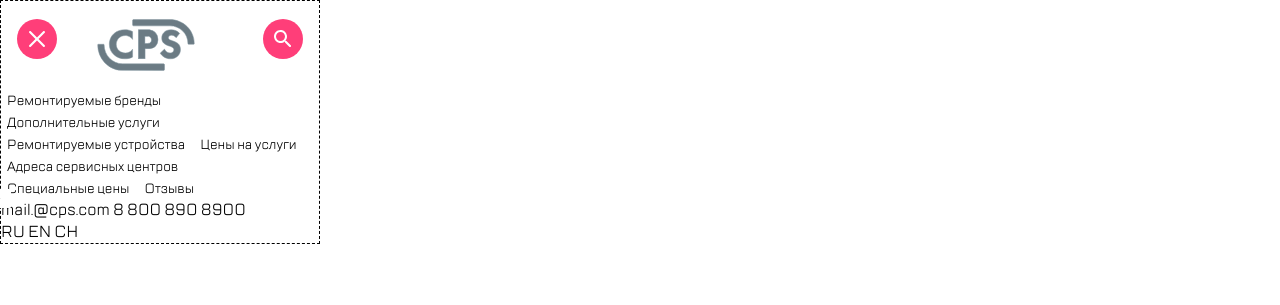
Repository: Dedoxa/Kata-WebCore-
Page: aside.html
The author's editor kept a copy of each file at every save. The page is drawn from the files as they stood at one save, then again after the next save.
The browser window is 1280 px wide. The pictures show the whole page.

Above is the page before, as saved 2024-05-10 18:08:27.

### aside.html
<!DOCTYPE html>
<html lang="en">
  <head>
    <meta charset="UTF-8" />
    <meta name="viewport" content="width=device-width, initial-scale=1.0" />
    <link rel="stylesheet" href="./aside.css" />
    <title>Kata WebCore 1.4</title>
  </head>
  <body>
    <aside class="aside">
      <div class="aside-header">
        <div class="aside-header__left">
            <a href="#" class="icon">
              <svg
                width="18"
                height="18"
                viewBox="0 0 18 18"
                fill="none"
                xmlns="http://www.w3.org/2000/svg"
              >
                <path
                  fill-rule="evenodd"
                  clip-rule="evenodd"
                  d="M2.79348 1.25712C2.40295 0.866593 1.76979 0.866592 1.37927 1.25712L1.25712 1.37927C0.866592 1.76979 0.866593 2.40296 1.25712 2.79348L7.46364 9L1.25712 15.2065C0.866593 15.597 0.866592 16.2302 1.25712 16.6207L1.37927 16.7429C1.76979 17.1334 2.40295 17.1334 2.79348 16.7429L9 10.5364L15.2065 16.7429C15.597 17.1334 16.2302 17.1334 16.6207 16.7429L16.7429 16.6207C17.1334 16.2302 17.1334 15.597 16.7429 15.2065L10.5364 9L16.7429 2.79348C17.1334 2.40296 17.1334 1.76979 16.7429 1.37927L16.6207 1.25712C16.2302 0.866592 15.597 0.866593 15.2065 1.25712L9 7.46364L2.79348 1.25712Z"
                  fill="white"
                />
              </svg>
            </a>
            <a href="#" class="icon">
              <svg
                width="98"
                height="52"
                viewBox="0 0 98 52"
                fill="none"
                xmlns="http://www.w3.org/2000/svg"
              >
                <path
                  fill-rule="evenodd"
                  clip-rule="evenodd"
                  d="M36.5703 0.592529C36.018 0.592529 35.5703 1.04024 35.5703 1.59253V5.86748C35.5703 6.41977 36.018 6.86748 36.5703 6.86748H72.8973C83.0242 6.86748 90.9777 14.6641 90.9777 24.757C90.9777 25.0425 91.2092 25.274 91.4948 25.274H96.757C97.0425 25.274 97.274 25.0425 97.274 24.757C97.274 11.2677 86.432 0.592529 72.8973 0.592529H36.5703Z"
                  fill="#6B7B84"
                  stroke="#80949F"
                  stroke-width="0.5"
                />
                <path
                  fill-rule="evenodd"
                  clip-rule="evenodd"
                  d="M7.10682 25.7122C7.10682 25.4702 6.91059 25.2739 6.66853 25.2739H1.16436C0.922303 25.2739 0.726074 25.4702 0.726074 25.7122C0.726074 39.3616 10.9493 50.6311 24.1687 51.3686L66.5104 51.4064C67.063 51.4069 67.5113 50.959 67.5113 50.4064V45.8267C67.5113 45.2745 67.0635 44.8267 66.5113 44.8267H25.6265C15.3903 44.7984 7.10682 36.283 7.10682 25.7122Z"
                  fill="#6B7B84"
                  stroke="#80949F"
                  stroke-width="0.5"
                />
                <path
                  fill-rule="evenodd"
                  clip-rule="evenodd"
                  d="M28.1415 39.7924C30.8803 39.7924 33.1616 39.2603 35.4149 38.1655L35.5704 38.0199V30.1855L34.7273 31.2649C33.1049 33.0378 30.9259 34.0137 28.4608 34.0137C23.8692 34.0137 19.2575 31.0459 19.2575 25.3738C19.2575 21.0874 22.4381 16.532 28.2993 16.532C29.4688 16.532 32.313 16.8085 34.7232 19.368L35.5704 20.4117V12.6127L35.4218 12.4653C33.1258 11.3147 30.7843 10.7554 28.1137 10.7554C23.5467 10.7554 19.9821 11.9577 17.1438 14.4289C15.3435 15.9777 12.3408 19.4485 12.3408 25.2923C12.3408 29.6131 13.8793 32.9875 17.1669 35.9144C20.2252 38.5962 23.6163 39.7924 28.1415 39.7924Z"
                  fill="#6B7B84"
                />
                <path
                  d="M28.1415 39.7924C30.8803 39.7924 33.1616 39.2603 35.4149 38.1655L35.5704 38.0199V30.1855L34.7273 31.2649C33.1049 33.0378 30.9259 34.0137 28.4608 34.0137C23.8692 34.0137 19.2575 31.0459 19.2575 25.3738C19.2575 21.0874 22.4381 16.532 28.2993 16.532C29.4688 16.532 32.313 16.8085 34.7232 19.368L35.5704 20.4117V12.6127L35.4218 12.4653C33.1258 11.3147 30.7843 10.7554 28.1137 10.7554C23.5467 10.7554 19.9821 11.9577 17.1438 14.4289C15.3435 15.9777 12.3408 19.4485 12.3408 25.2923C12.3408 29.6131 13.8793 32.9875 17.1669 35.9144C20.2252 38.5962 23.6163 39.7924 28.1415 39.7924"
                  stroke="#80949F"
                  stroke-width="0.5"
                />
                <path
                  fill-rule="evenodd"
                  clip-rule="evenodd"
                  d="M47.9111 17.2888H49.2755C50.5269 17.2888 51.9533 17.3571 53.0328 18.093C53.56 18.4695 54.4445 19.3412 54.4445 20.9246C54.4445 22.0946 53.9274 23.1437 53.0734 23.7984C51.9783 24.5932 50.6768 24.5476 49.6309 24.5476H47.9111V17.2888ZM50.977 29.8179C54.2084 29.8179 56.7377 28.8858 58.4943 27.1298C60.655 24.9735 60.9779 22.0073 60.9779 20.4435C60.9779 18.7703 60.5813 15.5066 57.9212 13.1435C55.7407 11.2328 53.4142 10.7554 50.1324 10.7554H41.3779V39.7924H48.0365V29.8179H50.977Z"
                  fill="#6B7B84"
                />
                <path
                  d="M47.9111 17.2888V17.0388H47.6611V17.2888H47.9111ZM53.0328 18.093L53.1782 17.8895L53.1736 17.8864L53.0328 18.093ZM53.0734 23.7984L53.2203 24.0007L53.2254 23.9968L53.0734 23.7984ZM47.9111 24.5476H47.6611V24.7976H47.9111V24.5476ZM58.4943 27.1298L58.3177 26.9529L58.3175 26.953L58.4943 27.1298ZM57.9212 13.1435L58.0872 12.9566L58.086 12.9555L57.9212 13.1435ZM41.3779 10.7554V10.5054H41.1279V10.7554H41.3779ZM41.3779 39.7924H41.1279V40.0424H41.3779V39.7924ZM48.0365 39.7924V40.0424H48.2865V39.7924H48.0365ZM48.0365 29.8179V29.5679H47.7865V29.8179H48.0365ZM47.9111 17.5388H49.2755V17.0388H47.9111V17.5388ZM49.2755 17.5388C50.5326 17.5388 51.8839 17.6123 52.892 18.2995L53.1736 17.8864C52.0227 17.1019 50.5212 17.0388 49.2755 17.0388V17.5388ZM52.8875 18.2964C53.3751 18.6447 54.1945 19.4495 54.1945 20.9246H54.6945C54.6945 19.233 53.7448 18.2943 53.1782 17.8895L52.8875 18.2964ZM54.1945 20.9246C54.1945 22.0205 53.7107 22.9948 52.9213 23.5999L53.2254 23.9968C54.1441 23.2926 54.6945 22.1687 54.6945 20.9246H54.1945ZM52.9265 23.596C51.9091 24.3345 50.6971 24.2976 49.6309 24.2976V24.7976C50.6564 24.7976 52.0475 24.8519 53.2202 24.0007L52.9265 23.596ZM49.6309 24.2976H47.9111V24.7976H49.6309V24.2976ZM48.1611 24.5476V17.2888H47.6611V24.5476H48.1611ZM50.977 30.0679C54.2568 30.0679 56.8563 29.1207 58.671 27.3066L58.3175 26.953C56.6191 28.6509 54.1599 29.5679 50.977 29.5679V30.0679ZM58.6709 27.3068C60.9029 25.0793 61.2279 22.0287 61.2279 20.4435H60.7279C60.7279 21.9859 60.407 24.8678 58.3177 26.9529L58.6709 27.3068ZM61.2279 20.4435C61.2279 18.7422 60.8263 15.3898 58.0872 12.9566L57.7552 13.3304C60.3363 15.6233 60.7279 18.7983 60.7279 20.4435H61.2279ZM58.086 12.9555C55.84 10.9874 53.4417 10.5054 50.1324 10.5054V11.0054C53.3867 11.0054 55.6415 11.4782 57.7564 13.3315L58.086 12.9555ZM50.1324 10.5054H41.3779V11.0054H50.1324V10.5054ZM41.1279 10.7554V39.7924H41.6279V10.7554H41.1279ZM41.3779 40.0424H48.0365V39.5424H41.3779V40.0424ZM48.2865 39.7924V29.8179H47.7865V39.7924H48.2865ZM48.0365 30.0679H50.977V29.5679H48.0365V30.0679Z"
                  fill="#80949F"
                />
                <path
                  fill-rule="evenodd"
                  clip-rule="evenodd"
                  d="M80.953 24.4687C79.5053 23.1861 77.4846 22.4425 75.1911 21.6713C73.5569 21.1027 72.6565 20.7894 72.0562 20.2421C71.5824 19.8399 71.3712 19.4033 71.3712 18.8262C71.3712 17.5622 72.2301 16.2113 74.6414 16.2113C76.2801 16.2113 77.6521 16.912 78.7197 18.293L79.1435 18.8414L82.6597 14.3656L82.3392 14.0445C80.1886 11.8924 77.3548 10.7554 74.1439 10.7554C67.6657 10.7554 64.7658 14.9699 64.7658 19.1468C64.7658 21.3882 65.5651 23.196 67.1367 24.5175C68.5437 25.7234 70.2595 26.3991 71.9054 26.9507L72.0914 27.0123C73.553 27.4954 75.0646 27.9954 75.9674 28.8034C76.5955 29.3805 76.8754 30.0076 76.8754 30.8367C76.8754 32.7368 75.379 34.0137 73.152 34.0137C71.3916 34.0137 69.0735 33.1508 67.8471 30.7296L67.5263 30.0953L63.1558 34.1411L63.4135 34.5056C64.8079 36.4801 67.9545 39.7924 73.3594 39.7924C79.3191 39.7924 83.4817 35.9608 83.4817 30.4751C83.4817 27.3374 82.1051 25.4752 80.953 24.4687Z"
                  fill="#6B7B84"
                />
                <path
                  d="M80.953 24.4687C79.5053 23.1861 77.4846 22.4425 75.1911 21.6713C73.5569 21.1027 72.6565 20.7894 72.0562 20.2421C71.5824 19.8399 71.3712 19.4033 71.3712 18.8262C71.3712 17.5622 72.2301 16.2113 74.6414 16.2113C76.2801 16.2113 77.6521 16.912 78.7197 18.293L79.1435 18.8414L82.6597 14.3656L82.3392 14.0445C80.1886 11.8924 77.3548 10.7554 74.1439 10.7554C67.6657 10.7554 64.7658 14.9699 64.7658 19.1468C64.7658 21.3882 65.5651 23.196 67.1367 24.5175C68.5437 25.7234 70.2595 26.3991 71.9054 26.9507L72.0914 27.0123C73.553 27.4954 75.0646 27.9954 75.9674 28.8034C76.5955 29.3805 76.8754 30.0076 76.8754 30.8367C76.8754 32.7368 75.379 34.0137 73.152 34.0137C71.3916 34.0137 69.0735 33.1508 67.8471 30.7296L67.5263 30.0953L63.1558 34.1411L63.4135 34.5056C64.8079 36.4801 67.9545 39.7924 73.3594 39.7924C79.3191 39.7924 83.4817 35.9608 83.4817 30.4751C83.4817 27.3374 82.1051 25.4752 80.953 24.4687"
                  stroke="#80949F"
                  stroke-width="0.5"
                />
              </svg>
            </a>
        </div>
        <div class="aside-header__right">
            <a href="#" class="icon">
              <svg
                width="18"
                height="18"
                viewBox="0 0 18 18"
                fill="none"
                xmlns="http://www.w3.org/2000/svg"
              >
                <path
                  fill-rule="evenodd"
                  clip-rule="evenodd"
                  d="M12.5006 11.0006H11.7106L11.4306 10.7306C12.6306 9.33063 13.2506 7.42063 12.9106 5.39063C12.4406 2.61063 10.1206 0.390626 7.32063 0.0506256C3.09063 -0.469374 -0.469374 3.09063 0.0506256 7.32063C0.390626 10.1206 2.61063 12.4406 5.39063 12.9106C7.42063 13.2506 9.33063 12.6306 10.7306 11.4306L11.0006 11.7106V12.5006L15.2606 16.7506C15.6706 17.1606 16.3306 17.1606 16.7406 16.7506L16.7506 16.7406C17.1606 16.3306 17.1606 15.6706 16.7506 15.2606L12.5006 11.0006ZM6.50063 11.0006C4.01063 11.0006 2.00063 8.99063 2.00063 6.50063C2.00063 4.01063 4.01063 2.00063 6.50063 2.00063C8.99063 2.00063 11.0006 4.01063 11.0006 6.50063C11.0006 8.99063 8.99063 11.0006 6.50063 11.0006Z"
                  fill="white"
                />
              </svg>
            </a>
        </div>
      </div>
      <nav class="bookmark-menu">
        <button
          href="#"
          class="bookmark-menu__bookmark bookmark-menu__bookmark--focus"
        >
          Ремонтируемые бренды
        </button>
        <button href="#" class="bookmark-menu__bookmark">
          Дополнительные услуги
        </button>
        <button href="#" class="bookmark-menu__bookmark">
          Ремонтируемые устройства
        </button>
        <button href="#" class="bookmark-menu__bookmark">Цены на услуги</button>
        <button href="#" class="bookmark-menu__bookmark">
          Адреса сервисных центров
        </button>
        <button href="#" class="bookmark-menu__bookmark">
          Специальные цены
        </button>
        <button href="#" class="bookmark-menu__bookmark">Отзывы</button>
      </nav>
      <div class="aside-footer">
        <div class="aside-footer__icons">
            <a href="#" class="icon">
                <svg
                  width="18"
                  height="18"
                  viewBox="0 0 18 18"
                  fill="none"
                  xmlns="http://www.w3.org/2000/svg"
                >
                  <path
                    fill-rule="evenodd"
                    clip-rule="evenodd"
                    d="M1.76019 12.25L4.30019 11.96C4.91019 11.89 5.51019 12.1 5.94019 12.53L7.78019 14.37C10.6102 12.93 12.9302 10.62 14.3702 7.78L12.5202 5.93C12.0902 5.5 11.8802 4.9 11.9502 4.29L12.2402 1.77C12.3602 0.76 13.2102 0 14.2302 0H15.9602C17.0902 0 18.0302 0.94 17.9602 2.07C17.4302 10.61 10.6002 17.43 2.07019 17.96C0.940193 18.03 0.00019455 17.09 0.00019455 15.96V14.23C-0.00980568 13.22 0.750193 12.37 1.76019 12.25Z"
                    fill="white"
                  />
                </svg>
              </a>
              <a href="#" class="icon">
                <svg
                  width="20"
                  height="20"
                  viewBox="0 0 20 20"
                  fill="none"
                  xmlns="http://www.w3.org/2000/svg"
                >
                  <path
                    fill-rule="evenodd"
                    clip-rule="evenodd"
                    d="M18 0H2C0.9 0 0.01 0.9 0.01 2L0 20L4 15H18C19.1 15 20 14.1 20 13V2C20 0.9 19.1 0 18 0ZM11 11H5C4.45 11 4 10.55 4 10C4 9.45 4.45 9 5 9H11C11.55 9 12 9.45 12 10C12 10.55 11.55 11 11 11ZM15 6H5C4.45 6 4 5.55 4 5C4 4.45 4.45 4 5 4H15C15.55 4 16 4.45 16 5C16 5.55 15.55 6 15 6Z"
                    fill="white"
                  />
                </svg>
              </a>
              <a href="#" class="icon">
                <svg
                  width="20"
                  height="18"
                  viewBox="0 0 20 18"
                  fill="none"
                  xmlns="http://www.w3.org/2000/svg"
                >
                  <path
                    d="M10.5 9C12.9853 9 15 6.98528 15 4.5C15 2.01472 12.9853 0 10.5 0C8.01472 0 6 2.01472 6 4.5C6 6.98528 8.01472 9 10.5 9Z"
                    fill="white"
                  />
                  <path
                    d="M0.0165859 16.6118C-0.113065 17.3412 0.535191 18 1.33903 18H18.6604C19.4902 18 20.1125 17.3412 19.9829 16.6118C19.2309 12.4 15.0561 10 9.99973 10C4.94333 10 0.768563 12.4 0.0165859 16.6118Z"
                    fill="white"
                  />
                </svg>
              </a>
        </div>
        <div class="contacts">
            <span class="contacts__email">mail.@cps.com</span>
            <span class="contacts__phone-number">8 800 890 8900</span>
        </div>
        <div class="lang-switch">
            <span class="lang-switch__option lang-switch__option--current">RU</span>
            <span class="lang-switch__option">EN</span>
            <span class="lang-switch__option">CH</span>
        </div>
      </div>
    </aside>
  </body>
</html>

### aside.css
/* Добавление шрифта */
@font-face {
  font-family: "TT Lakes Regular";
  src: url(fonts/TTLakes/Regular/TTLakes-Regular.eot);
  src: url(fonts/TTLakes/Regular/TTLakes-Regular.eot?#iefix)
      format("embedded-opentype"),
    url(fonts/TTLakes/Regular/TTLakes-Regular.woff) format("woff"),
    url(fonts/TTLakes/Regular/TTLakes-Regular.ttf) format("truetype");
  font-weight: normal;
  font-style: normal;
}

@font-face {
  font-family: "TT Lakes Bold";
  src: url(fonts/TTLakes/Bold/TTLakes-Bold.eot);
  src: url(fonts/TTLakes/Bold/TTLakes-Bold.eot?#iefix)
      format("embedded-opentype"),
    url(fonts/TTLakes/Bold/TTLakes-Bold.woff) format("woff"),
    url(fonts/TTLakes/Bold/TTLakes-Bold.ttf) format("truetype");
  font-weight: normal;
  font-style: normal;
}

@font-face {
  font-family: "TT Lakes Medium";
  src: url(fonts/TTLakes/Medium/TTLakes-Medium.eot);
  src: url(fonts/TTLakes/Medium/TTLakes-Medium.eot?#iefix)
      format("embedded-opentype"),
    url(fonts/TTLakes/Medium/TTLakes-Medium.woff) format("woff"),
    url(fonts/TTLakes/Medium/TTLakes-Medium.ttf) format("truetype");
  font-weight: normal;
  font-style: normal;
}

html {
  box-sizing: border-box;
  font-family: "TT Lakes Regular", Times, serif;
}

*,
*:before,
*:after {
  box-sizing: inherit;
}

body,
html,
h1,
h2,
p {
  margin: 0;
  padding: 0;
}

button {
  border: none;
  background-color: transparent;
}

svg {
  position: absolute;
  top: 50%;
  left: 50%;
  transform: translate(-50%, -50%);
}

.aside {
  width: 320px;
  /* min-height: 1024px; */
  border: 1px dashed black;
}

.aside-header {
  display: flex;
  justify-content: space-between;
  background-color: #ffffff;
  padding-top: 18px;
  padding-bottom: 18px;
  padding-right: 16px;
  padding-left: 16px;
}

.aside-header__left,
.aside-header__right {
  display: flex;
  flex: 0 1 auto;
  gap: 40px;
}

.icon {
  flex: 0 0 auto;
  position: relative;
  width: 40px;
  height: 40px;
  background-color: #ff3e79;
  border-radius: 50%;
}

.icon:nth-child(2) {
  background-color: transparent;
  width: 98px;
  height: 52px;
}

.title {
  display: flex;
}

.title__heading {
  font-family: "TT Lakes Bold";
  font-size: 28px;
  color: #1b1c21;
}

.title__heading:before {
  content: "";
  display: block;
  position: absolute;
  left: -4px;
  width: 8px;
  height: 40px;
  border-radius: 10px;
  background-color: #41f6d7;
}

.bookmark-menu {
  display: block;
}

.bookmark-menu__bookmark {
  font-family: "TT Lakes Regular", Times, serif;
  vertical-align: middle;
}

.aside-footer {

}

After the next save:
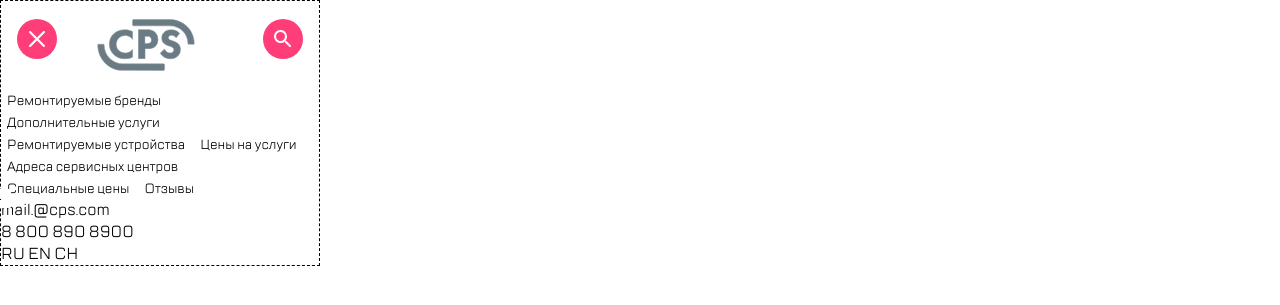
Saved 25 s later.
--- a/aside.html
+++ b/aside.html
@@ -180,8 +180,8 @@
               </a>
         </div>
         <div class="contacts">
-            <span class="contacts__email">mail.@cps.com</span>
-            <span class="contacts__phone-number">8 800 890 8900</span>
+            <div class="contacts__email">mail.@cps.com</div>
+            <div class="contacts__phone-number">8 800 890 8900</div>
         </div>
         <div class="lang-switch">
             <span class="lang-switch__option lang-switch__option--current">RU</span>
